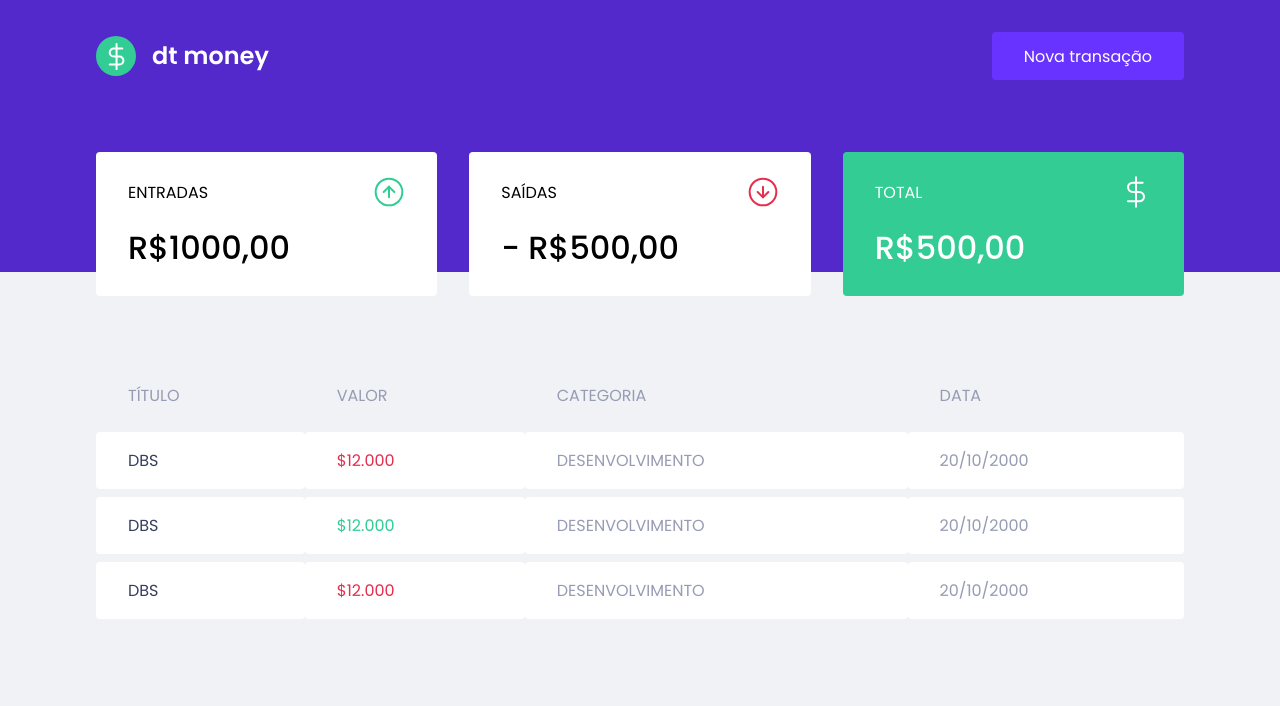
Repository: marcos7676/Bank
Page: /
These files come from the project's save history. The page is drawn as it stood at one moment and after the next save; the edit follows.
The browser window is 1280 px wide. The pictures show the whole page.
The page's requests for data from a server got no answer. The project was rebuilt for these pictures with package versions that can differ from the ones it lists, and the page was loaded fresh each time. No one was signed in, and anything a server would have sent is missing.

Above is the page before, as saved 2022-12-15 19:15:54.

### public/index.html
<!DOCTYPE html>
<html lang="pt-br">
<head>
  <link rel="preconnect" href="https://fonts.gstatic.com" crossorigin>
  <link rel="preconnect" href="https://fonts.googleapis.com">

  <meta charset="utf-8" />
  <meta name="viewport" content="width=device-width, initial-scale=1" />

  <link rel="shortcut icon" href="favicon.png" type="image/png">

  <link href="https://fonts.googleapis.com/css2?family=Poppins:wght@400;500;600&family=Press+Start+2P&display=swap" rel="stylesheet">

  <title>Bank</title>
</head>
<body>
  <noscript>You need to enable JavaScript to run this app.</noscript>
  <div id="root"></div>
</body>
</html>

### src/index.tsx
import React from 'react';
import ReactDOM from 'react-dom/client';
import { createServer, Model } from "miragejs"
import App from './App';

createServer({
  models: {
    transaction: Model,
  },

  routes() {
    this.namespace = "api";

    this.get("/transactions", () => {
      return this.schema.all('transaction')
    })
    this.post('/transactions', (schema, request) => {
      const data = JSON.parse(request.requestBody)

      return schema.create('transaction', data);
    })
  }
})

const root = ReactDOM.createRoot(
  document.getElementById('root') as HTMLElement
);
root.render(
  <React.StrictMode>
    <App />
  </React.StrictMode>
);

### src/App.tsx
import { useState } from "react"
import Modal from "react-modal";
import { Dashboard } from "./components/Dashboard";
import { Header } from "./components/Header";
import { NewTransactionModal } from "./components/NewTransactionModal";

import { GlobalStyle } from "./styles/global";

Modal.setAppElement("#root");

function App() {
  const [isNewTransactionModalOpen, setIsNewTransactionModalOpen] = useState(false);

  function handleOpenNewTransactionModal() {
      setIsNewTransactionModalOpen(true);
  }

  function handleCloseNewTransactionModal() {
      setIsNewTransactionModalOpen(false);
  }

  return (
    <>
      <Header onOenNewTransactionModal={handleOpenNewTransactionModal}/>

      <Dashboard />

      <NewTransactionModal
      isOpen={isNewTransactionModalOpen}
      onRequestClose={handleCloseNewTransactionModal}
      />

      <GlobalStyle/>
    </>
  );
}

export default App;

### src/components/Dashboard/index.tsx
import { Summary } from "../Summary";
import { TransactionTable } from "../TransactionsTable";
import { Container } from "./styles";

export function Dashboard (){
    return (
        <Container>
            <Summary />
            <TransactionTable />
        </Container>
    );
}

### src/components/Header/index.tsx
import logoImg from "../../assets/logo.svg"

import { Container, Content } from "./styles"

interface HeaderProps {
    onOenNewTransactionModal: () => void;
}

export function Header({ onOenNewTransactionModal }: HeaderProps) {
    return (
        <Container>
            <Content>
                <img src={logoImg} alt="bank" />
                <button type="button" onClick={onOenNewTransactionModal}>
                    Nova transação
                </button>
                </Content>
        </Container>
    )
}

### src/components/NewTransactionModal/index.tsx
import { FormEvent, useState } from "react";
import Modal from "react-modal";
import closeImg from "../../assets/botaoFechar.svg"
import incomeImg from "../../assets/entradas.svg"
import outcomeImg from "../../assets/saidas.svg"
import { api } from "../../services/api";
import { Container, TransactionTypeContainer, RadioBox } from "./style";

interface NewTransactionModalProps {
    isOpen: boolean;
    onRequestClose: () => void;
}

export function NewTransactionModal ({ isOpen, onRequestClose }: NewTransactionModalProps) {
    const [title, setTitle] = useState('');
    const [value, setValue] = useState(0);
    const [ category, setCategory] = useState('');
    const [type, setType] = useState('deposit');

    function handleCreateNewTransaction(event: FormEvent) {
        event.preventDefault();

        const data = {
            title,
            value,
            category,
            type,
        };

        api.post('/transactions', data)
    }

    return(
        <Modal
      isOpen={isOpen}
      onRequestClose={onRequestClose}
      overlayClassName="react-modal-overlay"
      className="react-modal-content"
      >
        <button
        type="button"
        onClick={onRequestClose}
        className="react-modal-close">
            <img
            src={closeImg}
            alt="Fechar modal" />
        </button>

        <Container onSubmit={handleCreateNewTransaction}>
            <h2>Cadastrar Transações</h2>

            <input
            placeholder="Título"
            value={title}
            onChange={event => setTitle(event.target.value)}
            />

            <input
            type="number"
            placeholder="Valor"
            value={value}
            onChange={event => setValue(Number(event.target.value))}

            />

            <TransactionTypeContainer>
                <RadioBox
                type="button"
                onClick={() => { setType('deposit'); }}
                IsActive={type === 'deposit'}
                activeColor="green"
                >
                    <img src={incomeImg} alt="Entrada" />
                    <span>Entrada</span>
                </RadioBox>

                <RadioBox
                type="button"
                onClick={() => { setType('withdraw'); }}
                IsActive={type === 'withdraw'}
                activeColor="red"

                >
                    <img src={outcomeImg} alt="Saídas" />
                    <span>Saída</span>
                </RadioBox>
            </TransactionTypeContainer>

            <input
            placeholder="Categoria"
            value={category}
            onChange={event => setCategory(event.target.value)}
            />

            <button type="submit">
                Cadastrar
            </button>
        </Container>
      </Modal>
    )
}

### src/styles/global.ts
import { createGlobalStyle } from "styled-components"

export const GlobalStyle = createGlobalStyle`
:root {
    --background: #f0f2f5;
    --shape:#ffffff;

    --red: #e52e4d;
    --blue: #5429cc;
    --green: #33cc95;

    --blue-light: #6933ff;

    --text-title: #363f5f;
    --text-body: #969cb3;
}

*{ margin: 0;
    padding: 0;
    box-sizing: border-box;
}

html {
    @media (max-width: 1080px) {
    font-size: 93.73%;
    }
    @media (max-width: 720px) {
    font-size: 87.5%;
    }
}

body {
    background: var(--background);
   // webkit-font-smoothing: antialiased;
}

body, input, textarea, button{
    font-family: "Poppins", sans-serif;
    font-weight: 400;
}

h1, h2, h3, h4, h5, h6, strong {
    font-weight: 600;
}

button {
    cursor: pointer;
}

[disable] {
    opacity: 0.6;
    cursor: not-allowed;
}

.react-modal-overlay {
    background: rgb(0, 0, 0, 0.5);

    position: fixed;
    top: 0;
    bottom: 0;
    right: 0;
    left: 0;

    display: flex;
    align-items: center;
    justify-content: center;
}


.react-modal-content {
    width: 100%;
    max-width: 576px;
    background: var(--background);
    padding: 3rem;
    position: relative;
    border-radius: 0.24rem;
}

.react-modal-close {
    position: absolute;
    right: 1.5rem;
    top: 1.5rem;
    border: 0;
    background: transparent;

    transition: filter 0.2s;

    &:hover {
        filter: brightness(0.8)
    }
}
`

### src/components/Summary/index.tsx
import incomeImg from "../../assets/entradas.svg"
import outcomeImg from "../../assets/saidas.svg"
import totalImg from "../../assets/total.svg"

import { Container } from "./styles";

export function Summary(){
    return (
        <Container>
            <div>
                <header>
                    <p>ENTRADAS</p>
                    <img src={incomeImg} alt="Entradas" />
                </header>
                <strong>R$1000,00</strong>
            </div>
            <div>
                <header>
                    <p>SAÍDAS</p>
                    <img src={outcomeImg} alt="Saidas" />
                </header>
                <strong>- R$500,00</strong>
            </div>
            <div className="highlight-background">
                <header>
                    <p>TOTAL</p>
                    <img src={totalImg} alt="Total" />
                </header>
                <strong>R$500,00</strong>
            </div>
        </Container>
    );
}

### src/components/TransactionsTable/index.tsx
import { useEffect } from "react";
import { api } from "../../services/api";
import { Container } from "./styles";


export function TransactionTable() {
    useEffect(() => {
        api.get("transactions")
        .then(response => console.log(response.data))
    }, []);

    return(
        <Container>
            <table>
                <thead>
                    <tr>
                        <th>TÍTULO</th>
                        <th>VALOR</th>
                        <th>CATEGORIA</th>
                        <th>DATA</th>
                    </tr>
                </thead>

                <tbody>
                    <tr>
                        <td>DBS</td>
                        <td className="withdraw">$12.000</td>
                        <td>DESENVOLVIMENTO</td>
                        <td>20/10/2000</td>
                    </tr>
                    <tr>
                        <td>DBS</td>
                        <td className="deposit">$12.000</td>
                        <td>DESENVOLVIMENTO</td>
                        <td>20/10/2000</td>
                    </tr>
                    <tr>
                        <td>DBS</td>
                        <td className="withdraw">$12.000</td>
                        <td>DESENVOLVIMENTO</td>
                        <td>20/10/2000</td>
                    </tr>
                </tbody>
            </table>
        </Container>
    );
}

### src/components/Dashboard/styles.ts
import styled from "styled-components";

export const Container = styled.main`
    max-width: 1120px;
    margin: 0 auto;
    padding: 2.5rem 1rem;
`;

### src/components/Header/styles.ts
import styled from "styled-components";

export const Container = styled.header`
    background-color: var(--blue);
`;

export const Content = styled.div`
    max-width: 1120px;
    margin: 0 auto;

    padding: 2rem 1rem 12rem;
    display: flex;
    align-items: center;
    justify-content: space-between;

    button{
        font-size: 1rem;
        color: #fff;
        background:  var(--blue-light);
        border: 0;
        padding: 0 2rem;
        border-radius: 0.25rem;
        height: 3rem;

        transition: filter 0.2s;

        &:hover {
            filter: brightness(0.9);
        }
    }
`;

### src/services/api.ts
import axios from "axios";

export const api = axios.create({
    baseURL: "http://localhost:3000/api"
})

### src/components/NewTransactionModal/style.ts
import styled from "styled-components";
import { darken, transparentize } from "polished"

export const Container = styled.form`
    h2{
        color: var(--text-title);
        font-size: 1.5rem;
        margin-bottom: 2rem;
    }

    input{
        width: 100%;
        padding: 0 1.5rem;
        height: 4rem;
        border-radius: 0.25rem;

        border: 1px solid #d7d7d7;
        background: #e7e9ee;

        font-weight: 400;
        font-size: 1rem;

        &::placeholder{
            color: var(--text-title);
        }

        & + input {
            margin-top: 1rem;
        }
    }

    button[type="submit"] {
        width: 100%;
        padding: 0 1.5rem;
        height: 4rem;
        background: var(--green);
        color: #fff;
        border-radius: 0.25rem;
        font-size: 1rem;
        margin-top: 1.5rem;
    }

    button[type="submit"]{
        width: 100%;
        padding: 0 1.5rem;
        height: 4rem;
        background: var(--green);
        color: #fff;
        border-radius: 0.25rem;
        border: 0;
        font-size: 1rem;
        margin-top: 1.5rem;
        font-weight: 600;

        transition: filter 0.2s;

        &:hover {
            filter: brightness(0.9);
        }
    }
`;

export const TransactionTypeContainer = styled.div`
    margin: 1rem 0;
    display: grid;
    grid-template-columns: 1fr 1fr;
    gap: 0.5rem;
`;

interface RadioBoxProps {
    IsActive: boolean;
    activeColor: 'green' | 'red';
}

const colors = {
    green: '#33cc95',
    red: '#e52e4d',
}

export const RadioBox = styled.button<RadioBoxProps>`
    height: 4rem;
    border: 1px solid #d7d7d7;
    border-radius: 0.25rem;

    background: ${(props) => props.IsActive
    ? transparentize(0.8, colors[props.activeColor])
    : 'transparent'
    };

    display: flex;
    align-items: center;
    justify-content: center;

    transition: border-color 0.2s;

    &:hover {
        border-color: ${darken(0.2, '#d7d7d7')};
    }

    img {
        width: 20px;
        height: 20px;

    }

    span {
        display: inline-block;
        margin-left: 1rem;
        font-size: 1rem;
        color: var(--text-title);
    }
`

### src/components/Summary/styles.ts
import styled from "styled-components";

export const Container = styled.div`
    display: grid;
    grid-template-columns: repeat(3, 1fr);
    gap: 2rem;
    margin-top: -10rem;

    div{
        background: var(--shape);
        padding: 1.5rem 2rem;
        border-radius: 0.25rem;
        color: var (--text-title);

        header{
            display: flex;
            align-items: center;
            justify-content: space-between;
        }

        strong{
            display: block;
            margin-top: 1rem;
            font-size: 2rem;
            font-weight: 500;
            line-height: 3rem;
        }

        &.highlight-background {
            background: var(--green);
            color: #fff;
        }
    }
`;

### src/components/TransactionsTable/styles.ts
import styled from "styled-components";

export const Container = styled.div`
    margin-top: 4rem;

    table{
        width: 100%;
        border-spacing: 0 0.5rem;

        th{
            color: var(--text-body);
            font-weight: 400;
            padding: 1rem 2rem;
            text-align: left;
            line-height: 1.5rem;
        }

        td{
            padding: 1rem 2rem;
            border: 0;
            background: var(--shape);
            color: var(--text-body);
            border-radius: 0.25rem;

            &:first-child {
                color: var(--text-title);
            }

            &.deposit{
                color: var(--green);
            }

            &.withdraw{
                color: var(--red);
            }
        }
    }
`;

After the next save:
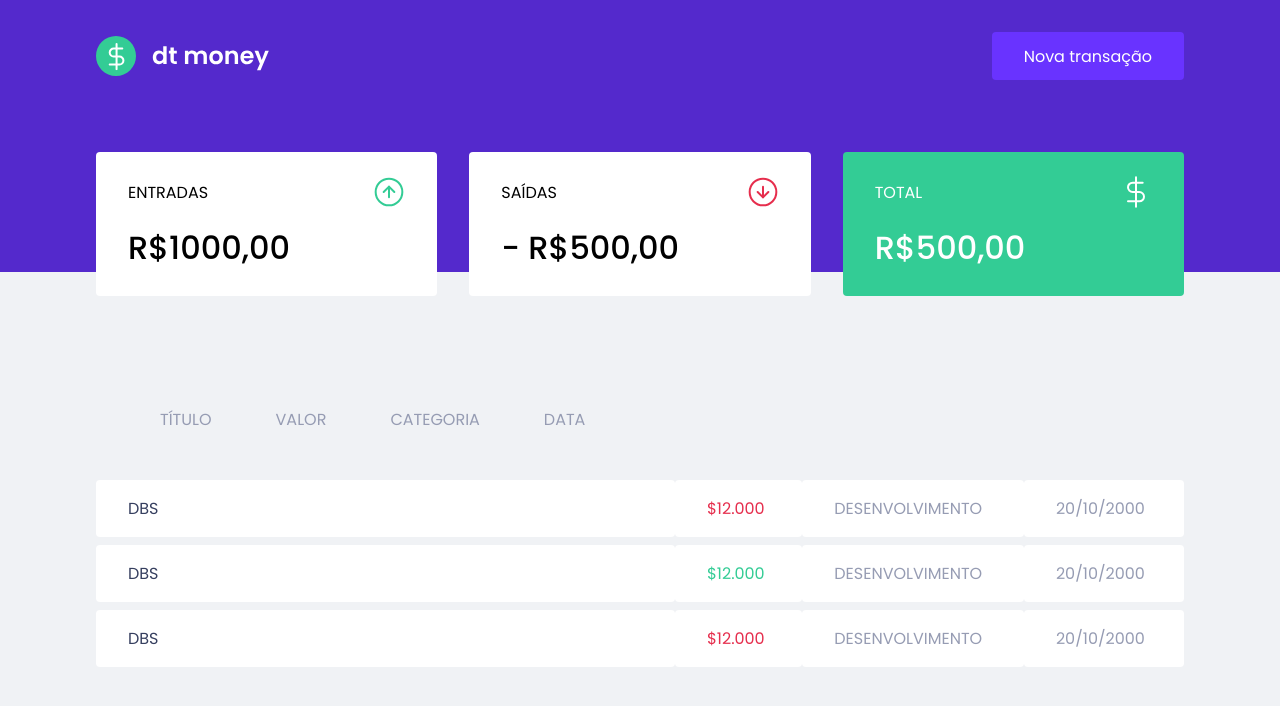
Saved 111 s later.
--- a/src/components/TransactionsTable/index.tsx
+++ b/src/components/TransactionsTable/index.tsx
@@ -12,14 +12,14 @@
     return(
         <Container>
             <table>
-                <thead>
+                <th>
                     <tr>
                         <th>TÍTULO</th>
                         <th>VALOR</th>
                         <th>CATEGORIA</th>
                         <th>DATA</th>
                     </tr>
-                </thead>
+                </th>
 
                 <tbody>
                     <tr>

After the save that followed:
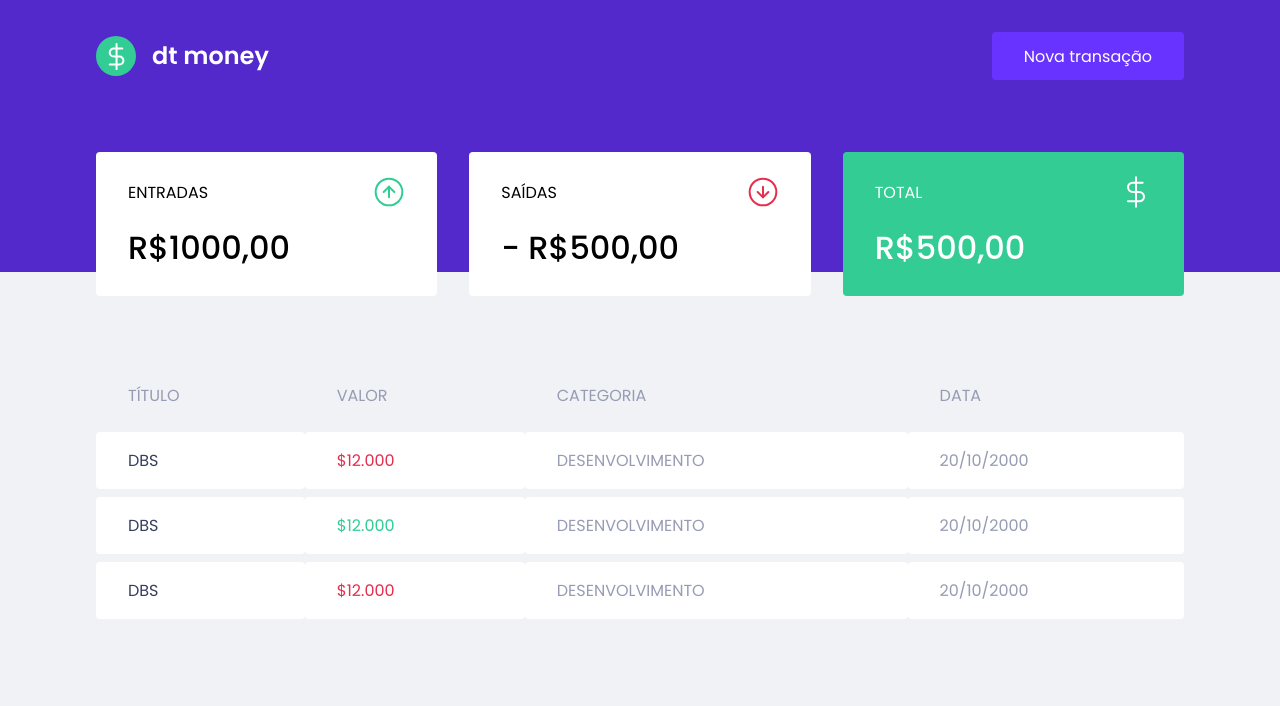
Saved 4 s later.
--- a/src/components/TransactionsTable/index.tsx
+++ b/src/components/TransactionsTable/index.tsx
@@ -12,14 +12,14 @@
     return(
         <Container>
             <table>
-                <th>
+                <thead>
                     <tr>
                         <th>TÍTULO</th>
                         <th>VALOR</th>
                         <th>CATEGORIA</th>
                         <th>DATA</th>
                     </tr>
-                </th>
+                </thead>
 
                 <tbody>
                     <tr>
